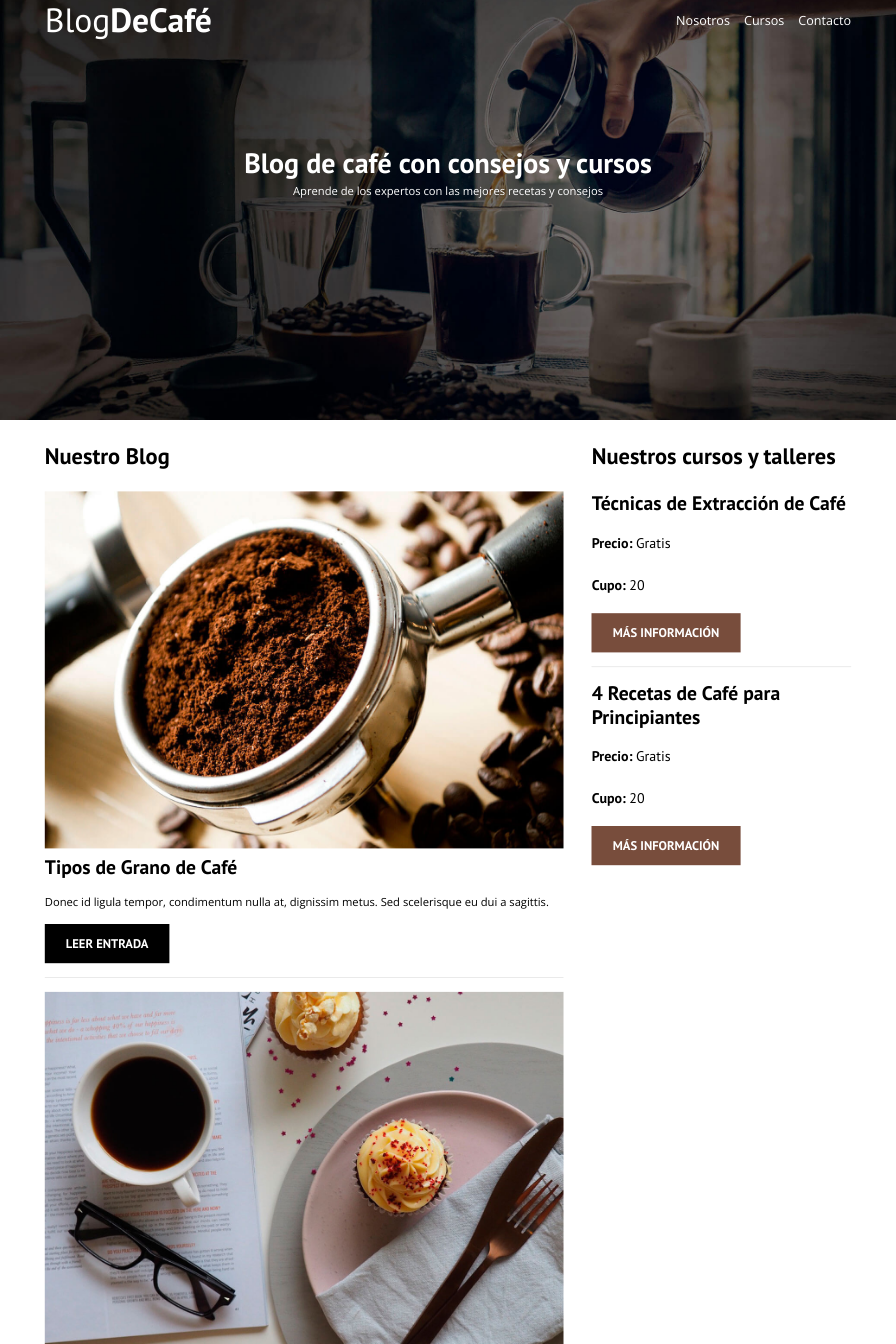
Repository: araque1990/blog_de_cafe
Page: index.html
The author's editor kept a copy of each file at every save. The page is drawn from the files as they stood at one save, then again after the next save.
The browser window is 1280 px wide. The pictures show the part of the page from y = 0 to 1920 px (the page is 2982 px tall before and 3022 px after), at 70% of full size.

Above is the page before, as saved 2023-01-12 17:40:58.

### index.html
<!DOCTYPE html>
<html lang="es">
<head>
  <meta charset="UTF-8">
  <meta http-equiv="X-UA-Compatible" content="IE=edge">
  <meta name="viewport" content="width=device-width, initial-scale=1.0">
  <title>Blog de Café</title>
  <link rel="stylesheet" href="css/normalize.css">
  <link rel="preconnect" href="https://fonts.googleapis.com"><link rel="preconnect" href="https://fonts.gstatic.com" crossorigin><link href="https://fonts.googleapis.com/css2?family=Open+Sans&family=PT+Sans:wght@400;700&display=swap" rel="stylesheet">
  <link rel="stylesheet" href="css/styles.css">
</head>
<body>

  <header class="header">
    <div class="contenedor">
      <div class="barra">
        <a class="logo" href="index.html">
          <h1 class="logo__nombre no-margin centrar-texto">Blog<span class="logo__bold">DeCafé</span></h1>
        </a>

        <nav class="navegacion">
          <a href="nosotros.html" class="navegacion__enlace">Nosotros</a>
          <a href="cursos.html" class="navegacion__enlace">Cursos</a>
          <a href="contacto.html" class="navegacion__enlace">Contacto</a>
        </nav>
      </div>
    </div>
    <div class="header__texto">
      <h2 class="no-margin">Blog de café con consejos y cursos</h2>
      <p class="no-margin">Aprende de los expertos con las mejores recetas y consejos</p>
    </div>
  </header>

  <div class="contenedor contenido-principal">
    <main class="blog">
      <h3>Nuestro Blog</h3>

      <article class="entrada">
        <div class="entrada__imagen">
          <img src="img/blog1.jpg" alt="imagen blog">
        </div>
        <div class="entrada__contenido">
          <h4 class="no-margin">Tipos de Grano de Café</h4>
          <p>Donec id ligula tempor, condimentum nulla at, dignissim metus. Sed scelerisque eu dui a sagittis.</p>
          <a href="entrada.html" class="boton boton--primario">Leer Entrada</a>
        </div>
      </article>

      <article class="entrada">
        <div class="entrada__imagen">
          <img src="img/blog2.jpg" alt="imagen blog">
        </div>
        <div class="entrada__contenido">
          <h4 class="no-margin">3 Deliciosas Recetas de Café</h4>
          <p>Donec id ligula tempor, condimentum nulla at, dignissim metus. Sed scelerisque eu dui a sagittis.</p>
          <a href="entrada.html" class="boton boton--primario">Leer Entrada</a>
        </div>
      </article>

      <article class="entrada">
        <div class="entrada__imagen">
          <img src="img/blog3.jpg" alt="imagen blog">
        </div>
        <div class="entrada__contenido">
          <h4 class="no-margin">Beneficios del Café</h4>
          <p>Donec id ligula tempor, condimentum nulla at, dignissim metus. Sed scelerisque eu dui a sagittis.</p>
          <a href="entrada.html" class="boton boton--primario">Leer Entrada</a>
        </div>
      </article>
    </main>

    <aside class="sidebar">
      <h3>Nuestros cursos y talleres</h3>

      <ul class="cursos no-padding">
        <li class="widget-curso">
          <h4 class="no-margin">Técnicas de Extracción de Café</h4>
          <p class="widget-curso__label">Precio:
            <span class="widget-curso__info">Gratis</span>
          </p>
          <p class="widget-curso__label">Cupo:
            <span class="widget-curso__info">20</span>
          </p>
          <a href="entrada.html" class="boton boton--secundario">Más Información</a>
        </li>
        <li class="widget-curso">
          <h4 class="no-margin">4 Recetas de Café para Principiantes</h4>
          <p class="widget-curso__label">Precio:
            <span class="widget-curso__info">Gratis</span>
          </p>
          <p class="widget-curso__label">Cupo:
            <span class="widget-curso__info">20</span>
          </p>
          <a href="entrada.html" class="boton boton--secundario">Más Información</a>
        </li>
      </ul>
    </aside>
  </div>

  <footer class="footer">
    <div class="contenedor">
      <div class="barra">
        <a class="logo" href="index.html">
          <h1 class="logo__nombre no-margin centrar-texto">Blog<span class="logo__bold">DeCafé</span></h1>
        </a>

        <nav class="navegacion">
          <a href="nosotros.html" class="navegacion__enlace">Nosotros</a>
          <a href="cursos.html" class="navegacion__enlace">Cursos</a>
          <a href="contacto.html" class="navegacion__enlace">Contacto</a>
        </nav>
      </div>
    </div>
  </footer>
</body>
</html>

### css/styles.css
:root {
  --fuenteHeading: 'PT Sans', sans-serif;
  --fuenteParrafos: 'Open Sans', sans-serif;

  --secundario: #784D3C;
  --gris: #E1E1E1;
  --blanco: #FFF;
  --negro: #000;
}
html {
  box-sizing: border-box;
  font-size: 62.5%;
}
*, *:before, *:after {
  box-sizing: inherit;
}
body {
  font-family: var(--fuenteParrafos);
  font-size: 1.6rem;
  line-height: 2;
}

/* Globales */
.contenedor {
  max-width: 120rem;
  width: 90%;
  margin: 0 auto;
}
a {
  text-decoration: none;
}
h1, h2, h3, h4 {
  font-family: var(--fuenteHeading);
  line-height: 1.2;
}
h1 {
  font-size: 4.8rem;
}
h2 {
  font-size: 4rem;
}
h3 {
  font-size: 3.2rem;
}
h4 {
  font-size: 2.8rem;
}
img {
  max-width: 100%;
}

/* Utilidades */
.no-margin {
  margin: 0;
}
.no-padding {
  padding: 0;
}
.centrar-texto {
  text-align: center;
}

/* Header */
.header {
  background-image: url(../img/banner.jpg);
  height: 60rem;
  background-size: cover;
  background-repeat: no-repeat;
  background-position: center center;
}
.header__texto {
  text-align: center;
  color: var(--blanco);
  margin-top: 5rem;
}

@media (min-width: 768px) {
  .header__texto {
    margin-top: 15rem;
  }
}

@media (min-width: 768px) {
  .barra {
    display: flex;
    justify-content: space-between;
    align-items: center;
  }
}
.logo {
  color: var(--blanco);
}
.logo__nombre {
  font-weight: 400;
}
.logo__bold {
  font-weight: 700;
}

@media (min-width: 768px) {
  .navegacion {
    display: flex;
    gap: 2rem;
  }
}
.navegacion__enlace {
  display: block;
  text-align: center;
  font-size: 1.8rem;
  color: var(--blanco);
}

@media (min-width: 768px) {
  .contenido-principal {
    display: grid;
    grid-template-columns: 2fr 1fr;
    column-gap: 4rem;
  }
}

.entrada {
  border-bottom: 1px solid var(--gris);
  margin-bottom: 2rem;
}
.entrada:last-of-type {
  border: none;
  margin-bottom: 0;
}
.boton {
  display: block;
  font-family: var(--fuenteHeading);
  color: var(--blanco);
  text-align: center;
  padding: 1rem 3rem;
  font-size: 1.8rem;
  text-transform: uppercase;
  font-weight: 700;
  margin-bottom: 2rem;
}
@media (min-width: 768px) {
  .boton {
    display: inline-block;
  }
}
.boton--primario {
  background-color: var(--negro);
}
.boton--secundario {
  background-color: var(--secundario);
}

.cursos {
  list-style: none;
}

.widget-curso {
  border-bottom: 1px solid var(--gris);
  margin-bottom: 2rem;
}
.widget-curso:last-of-type {
  border: none;
  margin-bottom: 0;
}
.widget-curso__label {
  font-family: var(--fuenteHeading);
  font-weight: 700;
}
.widget-curso__info {
  font-weight: 400;
}
.widget-curso__info, .widget-curso__label {
  font-size: 2rem;
}

.footer {
  background-color: var(--negro);
  padding: 3rem 0;
  margin-top: 4rem;
}

Loaded but not shown: css/normalize.css (library)

After the next save:
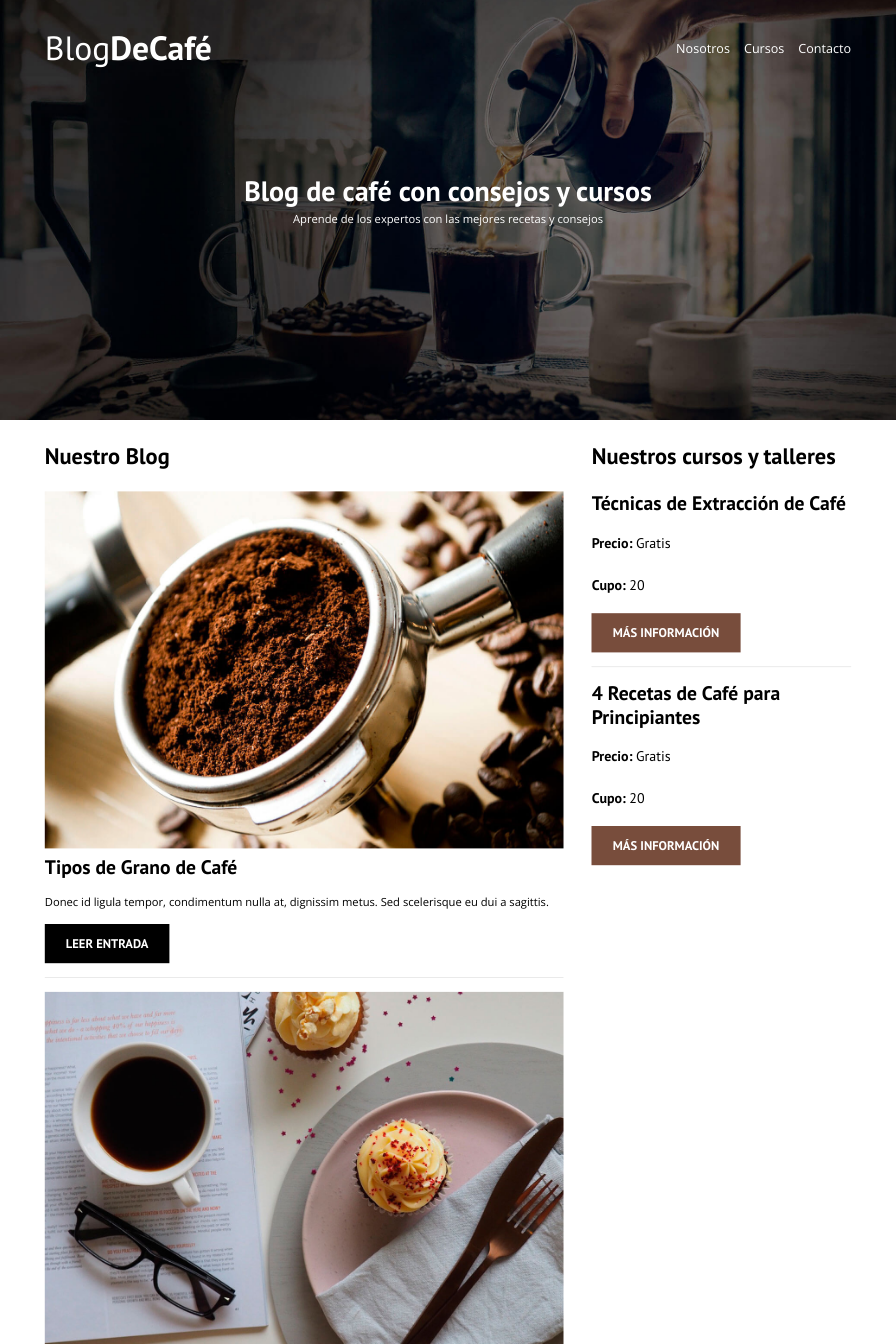
Saved 2 min 12 s later.
--- a/css/styles.css
+++ b/css/styles.css
@@ -86,6 +86,9 @@ img {
     justify-content: space-between;
     align-items: center;
   }
+}
+.barra {
+  padding-top: 4rem;
 }
 .logo {
   color: var(--blanco);
